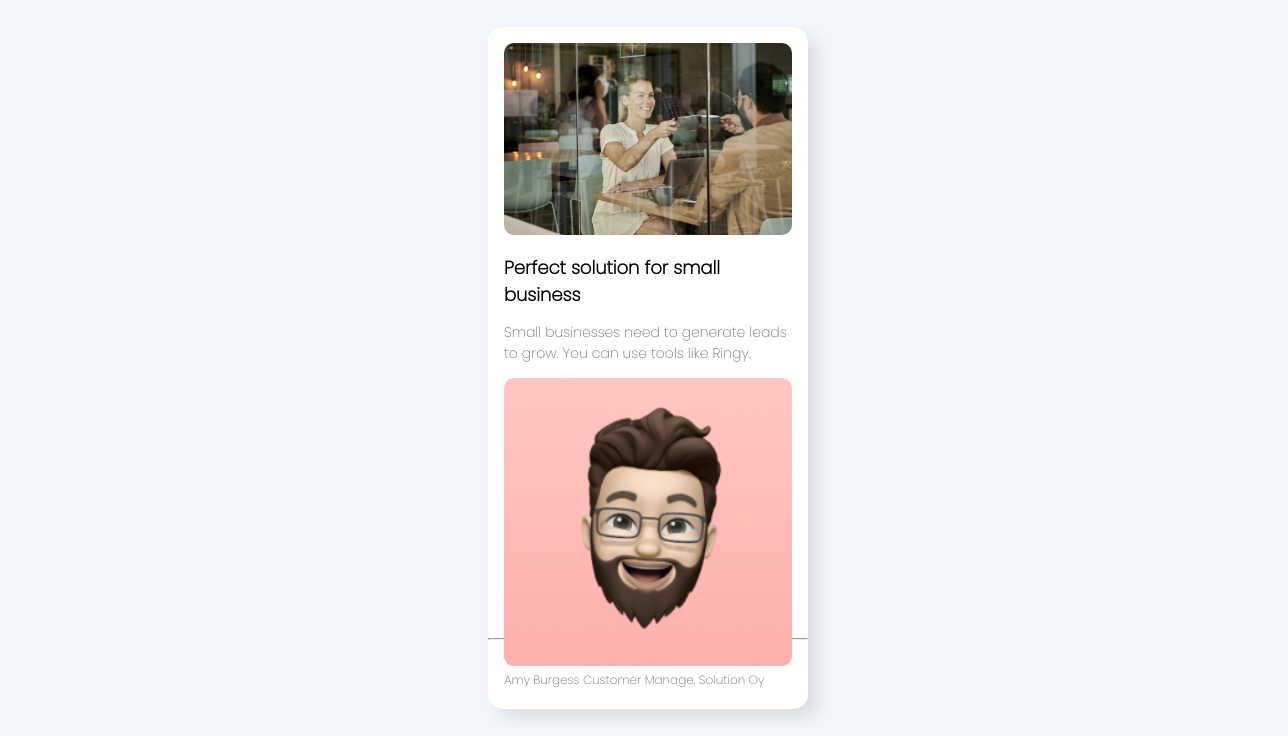
Repository: massndongo/business-blog-card
Page: index.html
The author's editor kept a copy of each file at every save. The page is drawn from the files as they stood at one save, then again after the next save.
The browser window is 1280 px wide. The page is 1288 px wide, so the pictures cover 1288 px, including what lies to the right of the window. The pictures show the whole page.

Above is the page before, as saved 2023-11-08 03:09:27.

### index.html
<!DOCTYPE html>
<html lang="en">
<head>
    <meta charset="UTF-8">
    <meta name="viewport" content="width=device-width, initial-scale=1.0">
    <link rel="stylesheet" href="css/styles.css">
    <title>Responsive Web Developer Starter - devchallenges.io</title>
    <link rel="icon" href="images/favicon.ico" type="image/x-icon" sizes="any">
</head>
<body>
    <div class="card">
        <img src="images/hero-image-business-card.png" alt="" srcset="">
        <h1 class="title">Perfect solution for small business</h1>
        <p class="corps">Small businesses need to generate leads to grow. You can use tools like Ringy.</p>
        <hr>
        <div class="small">
            <img src="images/avatar-image-business-card.png" alt="" srcset="">
            <div>
                <span>Amy Burgess</span>
                <span>Customer Manage, Solution Oy</span>
            </div>
        </div>
    </div>
</body>
</html>

### css/styles.css
@import url('https://fonts.googleapis.com/css2?family=Poppins:wght@200&display=swa');

* {
    box-sizing: border-box;
    font-family: 'Poppins', sans-serif;
    overflow: hidden;
}

/* Add some styles for body*/
body {
    width: 100%;
    height: 100vh;
    background-color: #F2F5F9;
    display: flex;
    justify-content: center;
    align-items: center;

}

.card{
    position: relative;
    flex-direction: column;
    background-color: #FFFFFF;
    box-shadow: 10px 10px 15px 0px rgba(0, 0, 0, 0.09);
    width: 25%;
    height: auto;
    padding: 16px 16px 20px 16px;
    border-radius: 15px;
}
.card img{
    width: 100%;
    border-radius: 10px;
}
.title{
    font-size: 18px;

}
.corps{
    font-size: 14px;

}
.small{
    position: relative;
    font-size: 12px;
}
.corps, .small, hr{
    color: #6C727F
}
hr{
    width: 100%;
    height: 1px;
    position: absolute;
    bottom: 9%;
    left: 0;
    right: 0;
    background-color: #6c727f85;
}

@media screen and (max-width: 768px) {
    .card {
        width: 90%;
    }
}

After the next save:
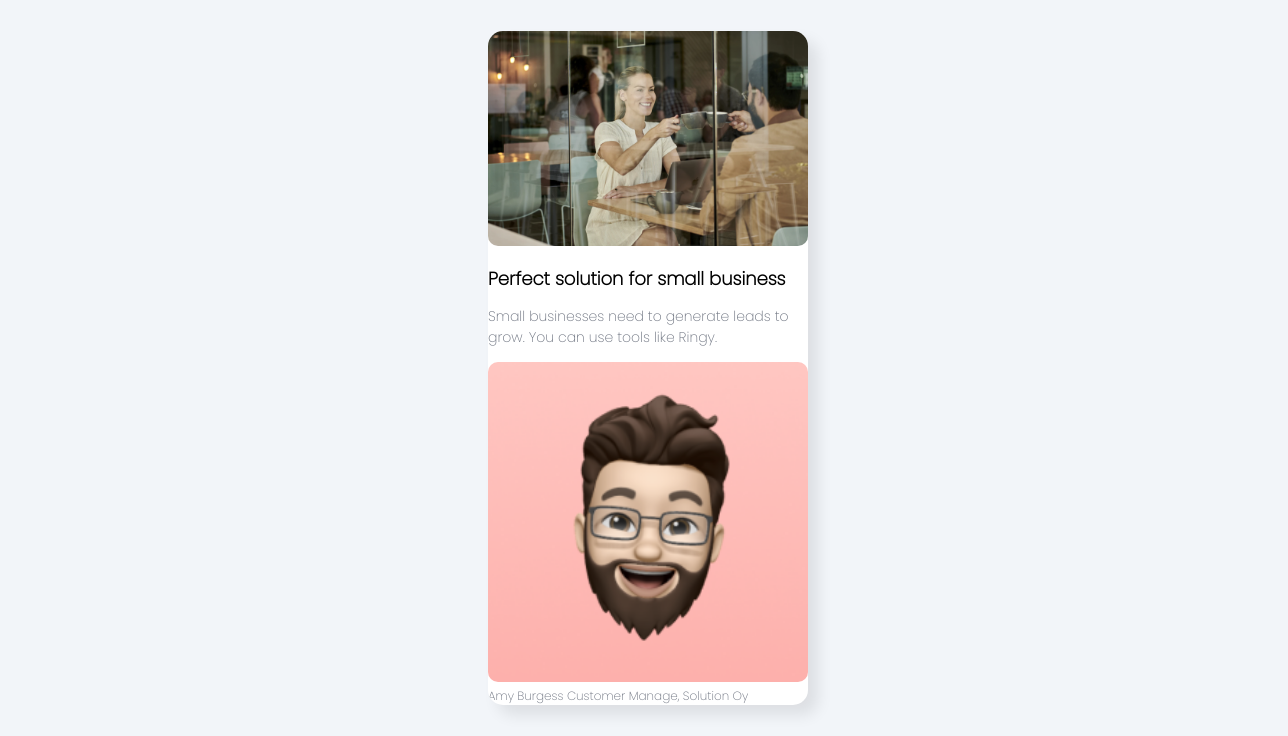
Saved 46 s later.
--- a/css/styles.css
+++ b/css/styles.css
@@ -24,7 +24,7 @@
     box-shadow: 10px 10px 15px 0px rgba(0, 0, 0, 0.09);
     width: 25%;
     height: auto;
-    padding: 16px 16px 20px 16px;
+    padding: 16px 16px -20px 16px;
     border-radius: 15px;
 }
 .card img{

After the save that followed:
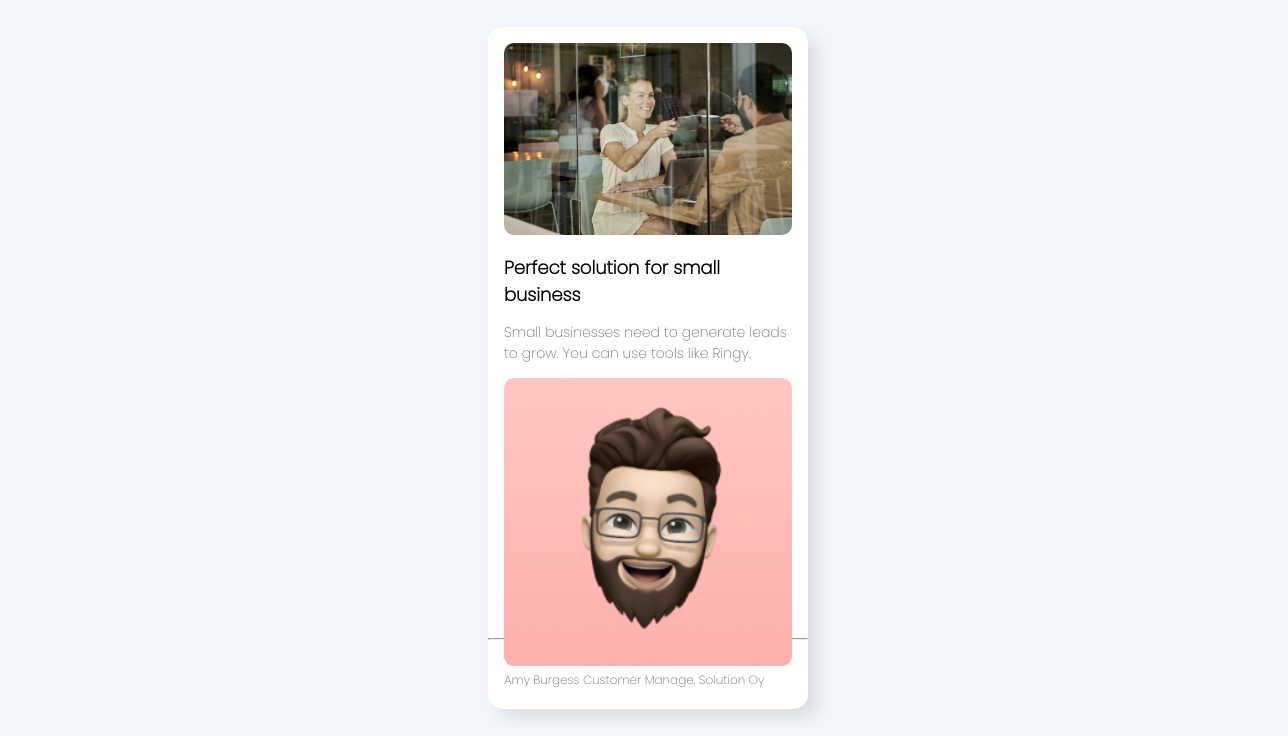
Saved 22 s later.
--- a/css/styles.css
+++ b/css/styles.css
@@ -24,7 +24,7 @@
     box-shadow: 10px 10px 15px 0px rgba(0, 0, 0, 0.09);
     width: 25%;
     height: auto;
-    padding: 16px 16px -20px 16px;
+    padding: 16px 16px 20px 16px;
     border-radius: 15px;
 }
 .card img{
